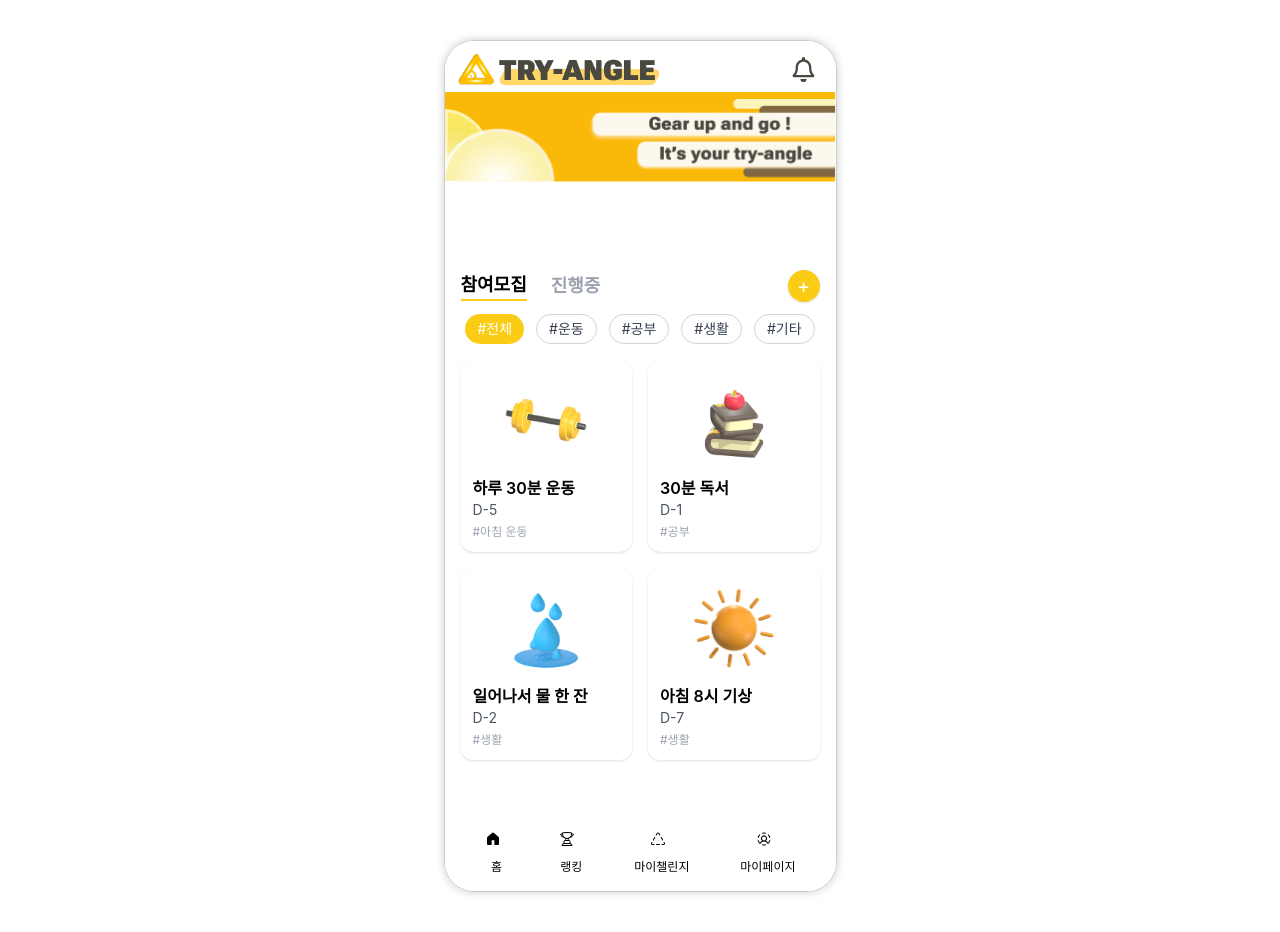
Repository: gusdk19/TryAngle-FE
Page: /
An editor plug-in stored every save of this project. The page is shown before and after the next save, followed by the edit.
The browser window is 1280 px wide. The pictures show the whole page.
The project was rebuilt for these pictures with package versions that can differ from the ones it lists, and the page was loaded fresh each time. Also part of the build but not shown: src/App.css.

Above is the page before, as saved 2025-04-30 23:14:57.

After the next save:
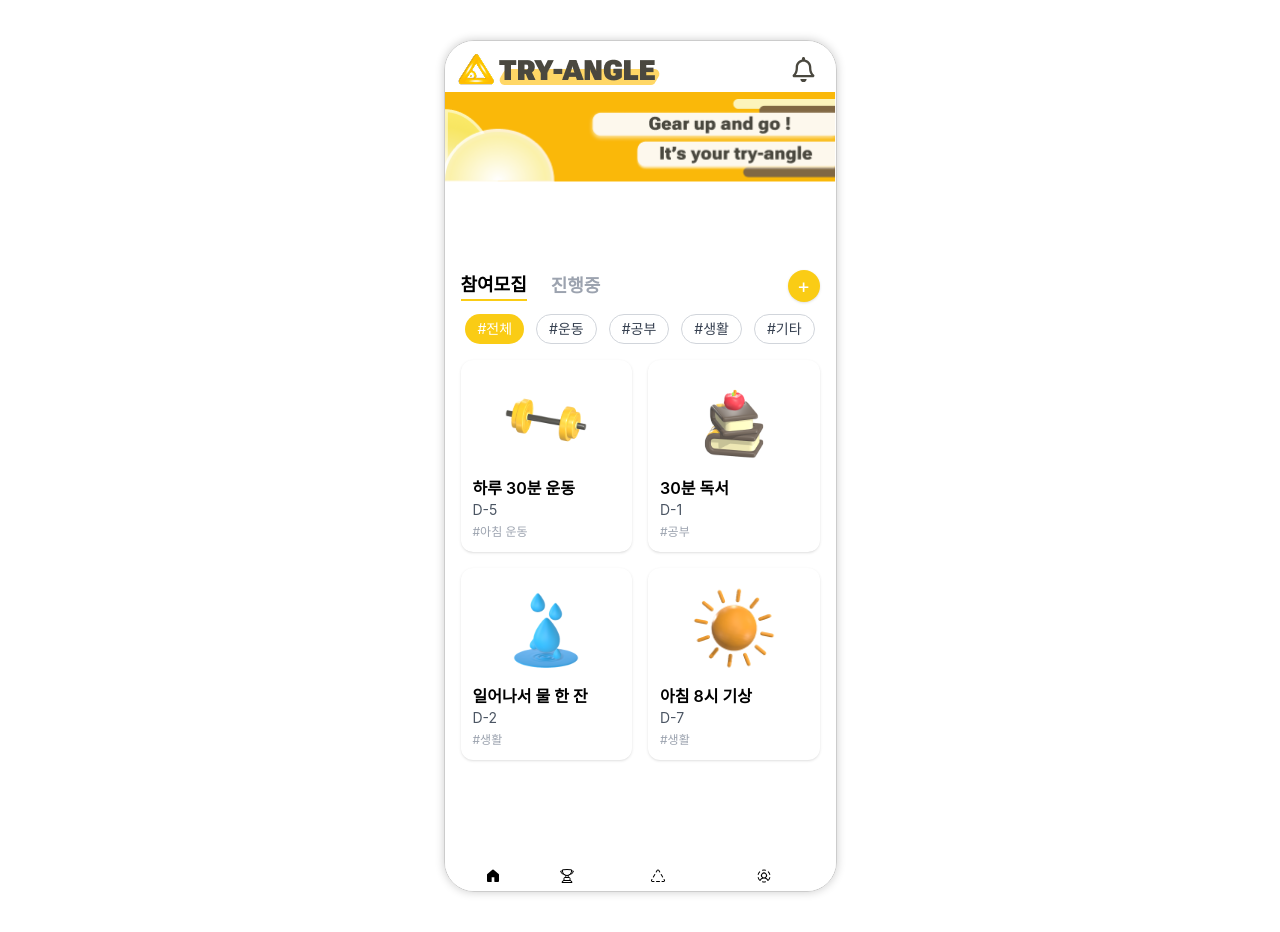
Saved 2 min 20 s later.
--- a/src/components/Footer.js
+++ b/src/components/Footer.js
@@ -32,7 +32,7 @@ export default function Footer({ page }) {
   ];
 
   return(
-    <footer className="absolute w-full h-[70px] bottom-0 left-0 bg-white px-4 pt-2">
+    <footer className="absolute w-full h-[70px] bg-white px-4 pt-2">
       <div className="flex justify-between items-center px-6">
         {navigationItems.map((item, index) => (
           <div key={index} className="flex flex-col items-center cursor-pointer" onClick={()=>{navigate(item.route);}}>
